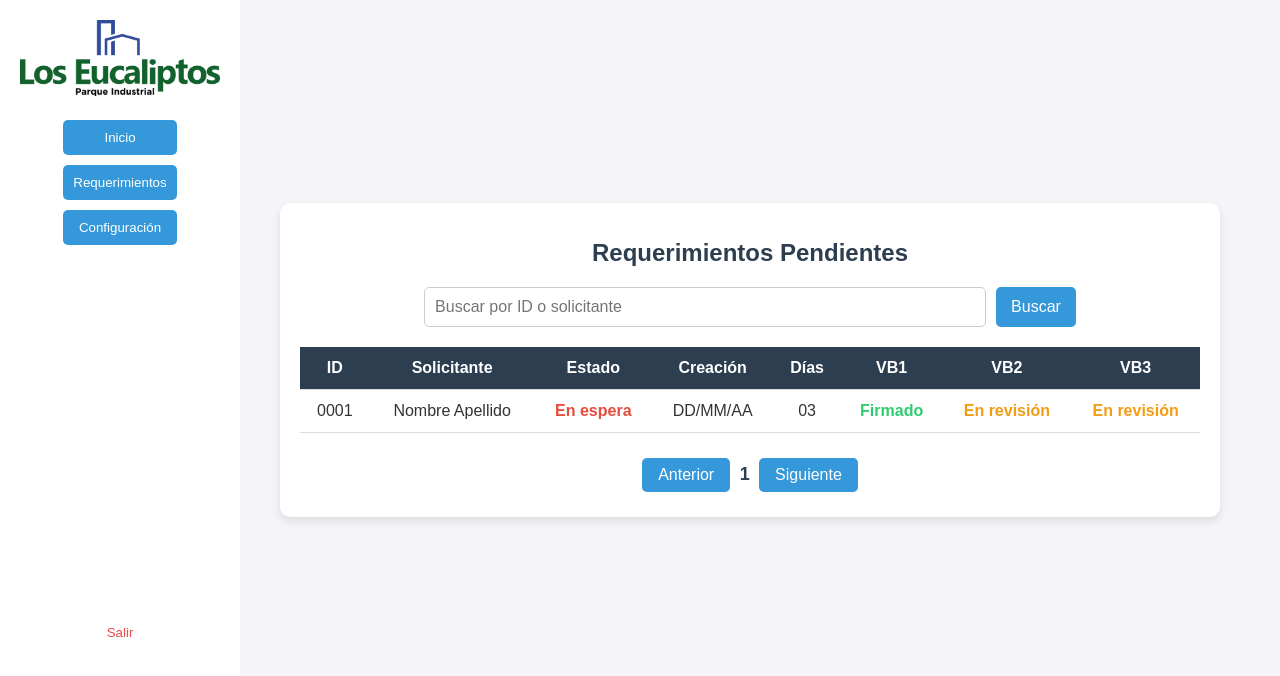
Repository: Los-Eucaliptos-WebApp/Los-Eucaliptos-FrontEnd
Page: pages/los-eucaliptos-request-pending/index.html
An editor plug-in stored every save of this project. The page is shown before and after the next save, followed by the edit.
The browser window is 1280 px wide. The pictures show the whole page.

Above is the page before, as saved 2025-02-17 07:39:31.

### pages/los-eucaliptos-request-pending/index.html
<!DOCTYPE html>
<html lang="es">
<head>
    <meta charset="UTF-8">
    <meta name="viewport" content="width=device-width, initial-scale=1.0">
    <title>Los Eucaliptos</title>
    <link rel="icon" href="/assets/ícono-los-eucaliptos.png" type="image/png">
    <link rel="stylesheet" href="styles.css">
    <script src="script.js"></script>
</head>
<body>
    <div class="sidebar">
        <div class="logo">
            <img src="/assets/logo-los-eucaliptos.png" alt="Logo">
        </div>
        <div class="menu">
            <button>Inicio</button>
            <button>Requerimientos</button>
            <button>Configuración</button>
        </div>
        <div class="logout">
            <button id="logout">Salir</button>
        </div>
    </div>

    <div class="container">
        <h1>Requerimientos Pendientes</h1>
        <div class="search-box">
            <input type="text" id="searchInput" placeholder="Buscar por ID o solicitante">
            <button id="searchButton">Buscar</button>
        </div>
        <table>
            <thead>
                <tr>
                    <th>ID</th>
                    <th>Solicitante</th>
                    <th>Estado</th>
                    <th>Creación</th>
                    <th>Días</th>
                    <th>VB1</th>
                    <th>VB2</th>
                    <th>VB3</th>
                </tr>
            </thead>
            <tbody>
                <tr>
                    <td>0001</td>
                    <td>Nombre Apellido</td>
                    <td class="status pending">En espera</td>
                    <td>DD/MM/AA</td>
                    <td>03</td>
                    <td class="approved">Firmado</td>
                    <td class="review">En revisión</td>
                    <td class="review">En revisión</td>
                </tr>
            </tbody>
        </table>
        <div class="pagination">
            <button id="prevPage">Anterior</button>
            <span id="currentPage">1</span>
            <button id="nextPage">Siguiente</button>
        </div>
    </div>
    <script src="script.js"></script>
</body>
</html>

### pages/los-eucaliptos-request-pending/styles.css
body {|
    font-family: Arial, sans-serif;
    background-color: #f4f4f9;
    color: #333;
    margin: 0;
    padding: 0;
    display: flex;
    justify-content: center;
    align-items: center;
    height: 100vh;
}

.status.pending {
    color: #e74c3c;
    font-weight: bold;
}

.approved {
    color: #2ecc71;
    font-weight: bold;
}

.review {
    color: #f39c12;
    font-weight: bold;
}


.container {
    background: #fff;
    padding: 20px;
    border-radius: 10px;
    box-shadow: 0 4px 8px rgba(0, 0, 0, 0.1);
    width: 80%;
    max-width: 900px;
    text-align: center;
}


h1 {
    font-size: 24px;
    margin-bottom: 20px;
    color: #2c3e50;
}


.search-box {
    display: flex;
    justify-content: center;
    margin-bottom: 20px;
}

.search-box input {
    width: 60%;
    padding: 10px;
    border: 1px solid #ccc;
    border-radius: 5px;
    font-size: 16px;
}

.search-box button {
    padding: 10px 15px;
    margin-left: 10px;
    border: none;
    background-color: #3498db;
    color: white;
    border-radius: 5px;
    cursor: pointer;
    font-size: 16px;
}

.search-box button:hover {
    background-color: #2980b9;
}

table {
    width: 100%;
    border-collapse: collapse;
    margin-top: 10px;
}

thead {
    background-color: #3498db;
    color: white;
}

th, td {
    padding: 12px;
    text-align: center;
    border-bottom: 1px solid #ddd;
}

tr:nth-child(even) {
    background-color: #f2f2f2;
}

th {
    background-color: #2c3e50;
    color: white;
}


.pagination {
    margin-top: 20px;
}

.pagination button {
    background-color: #3498db;
    border: none;
    color: white;
    padding: 8px 16px;
    margin: 5px;
    border-radius: 5px;
    cursor: pointer;
    font-size: 16px;
}

.pagination button:hover {
    background-color: #2980b9;
}

.pagination span {
    font-size: 18px;
    font-weight: bold;
    color: #2c3e50;
}
body {
    display: flex;
    margin: 0;
    font-family: Arial, sans-serif;
    background-color: #f4f4f9;
}


.sidebar {
    width: 200px;
    background-color: #ffffff;
    display: flex;
    flex-direction: column;
    align-items: center;
    padding: 20px;
    height: 100vh;
    position: fixed;
    left: 0;
    top: 0;
}

.logo img {
    width: 200px;
    margin-bottom: 20px;
}

.menu {
    flex-grow: 1;
    display: flex;
    flex-direction: column;
    gap: 10px;
}

.menu button {
    background-color: #3498db;
    border: none;
    padding: 10px;
    color: white;
    border-radius: 5px;
    cursor: pointer;
    width: 100%;
}

.menu button:hover {
    background-color: #2980b9;
}


.logout {
    margin-top: auto;
}

.logout button {
    background-color: #ffffff;
    border: none;
    padding: 100px;
    color: rgb(235, 75, 75);
    border-radius: 5px;
    cursor: pointer;
    width: 100%;
}

.logout button:hover {
    background-color: #c0392b;
}


.container {
    margin-left: 220px;
    padding: 20px;
    width: calc(100% - 220px);
}

Loaded but not shown: pages/los-eucaliptos-request-pending/script.js (no stored copy; drawn as an empty file)

After the next save:
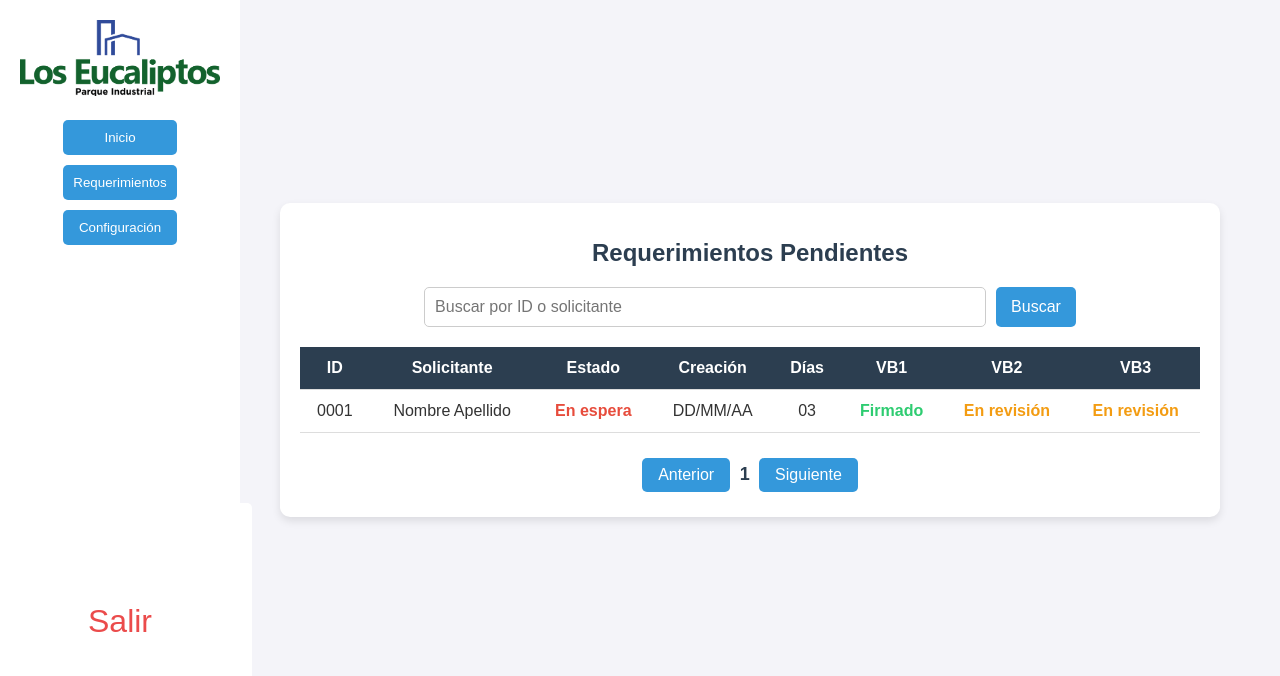
Saved 16 s later.
--- a/pages/los-eucaliptos-request-pending/styles.css
+++ b/pages/los-eucaliptos-request-pending/styles.css
@@ -184,6 +184,7 @@ body {
     border-radius: 5px;
     cursor: pointer;
     width: 100%;
+    font-size: xx-large;
 }
 
 .logout button:hover {
